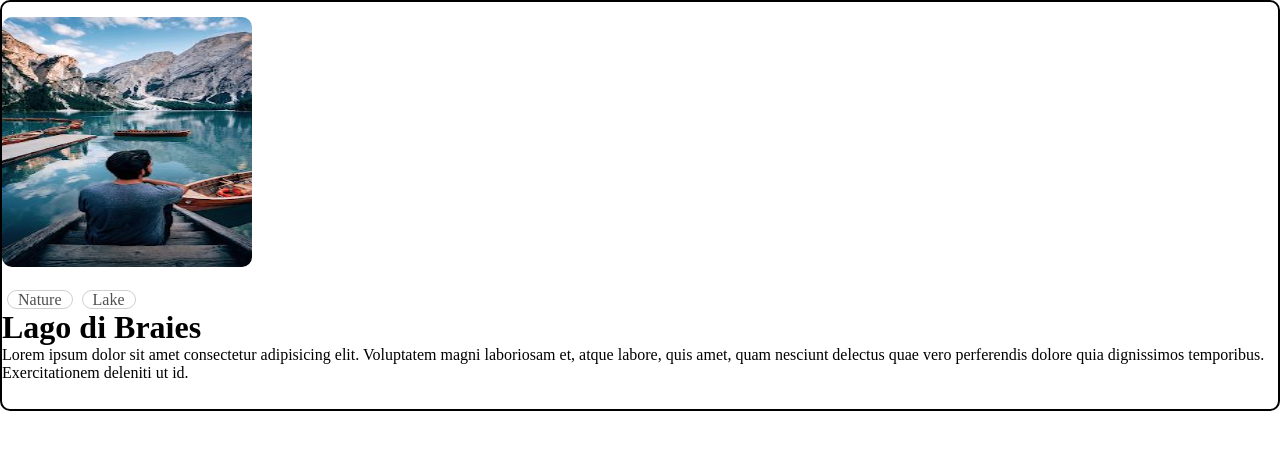
Repository: diensy/Web_dev
Page: Css/Exercise/exercise-2/index.html
The author's editor kept a copy of each file at every save. The page is drawn from the files as they stood at one save, then again after the next save.
The browser window is 1280 px wide. The pictures show the whole page.

Above is the page before, as saved 2024-05-27 21:20:27.

After the next save:
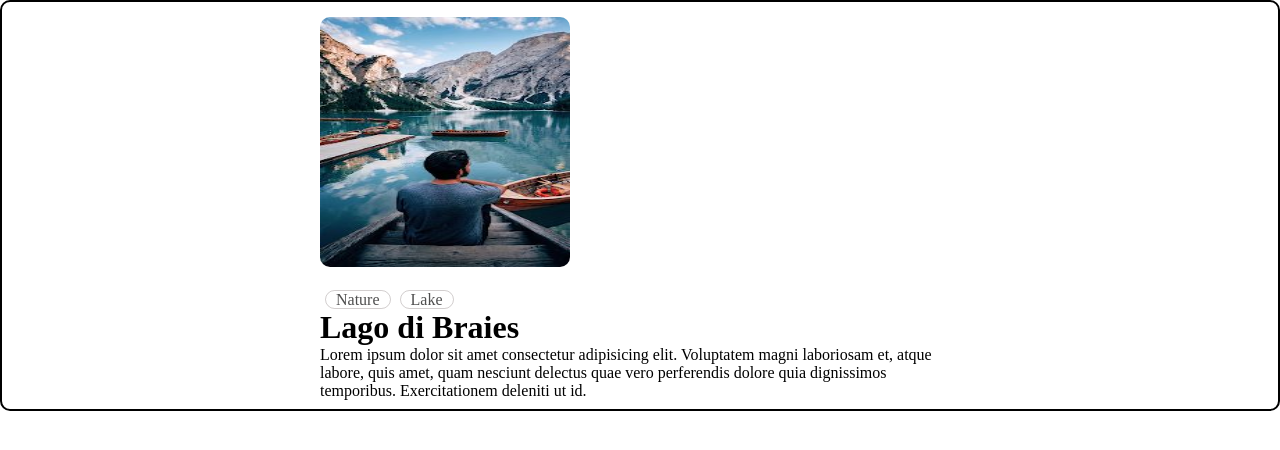
Saved 4 s later.
--- a/Css/Exercise/exercise-2/index.css
+++ b/Css/Exercise/exercise-2/index.css
@@ -29,5 +29,5 @@
 }
 .content{
     height: 100px;
-    width: 50pw;
+    width: 50vw;
 }
